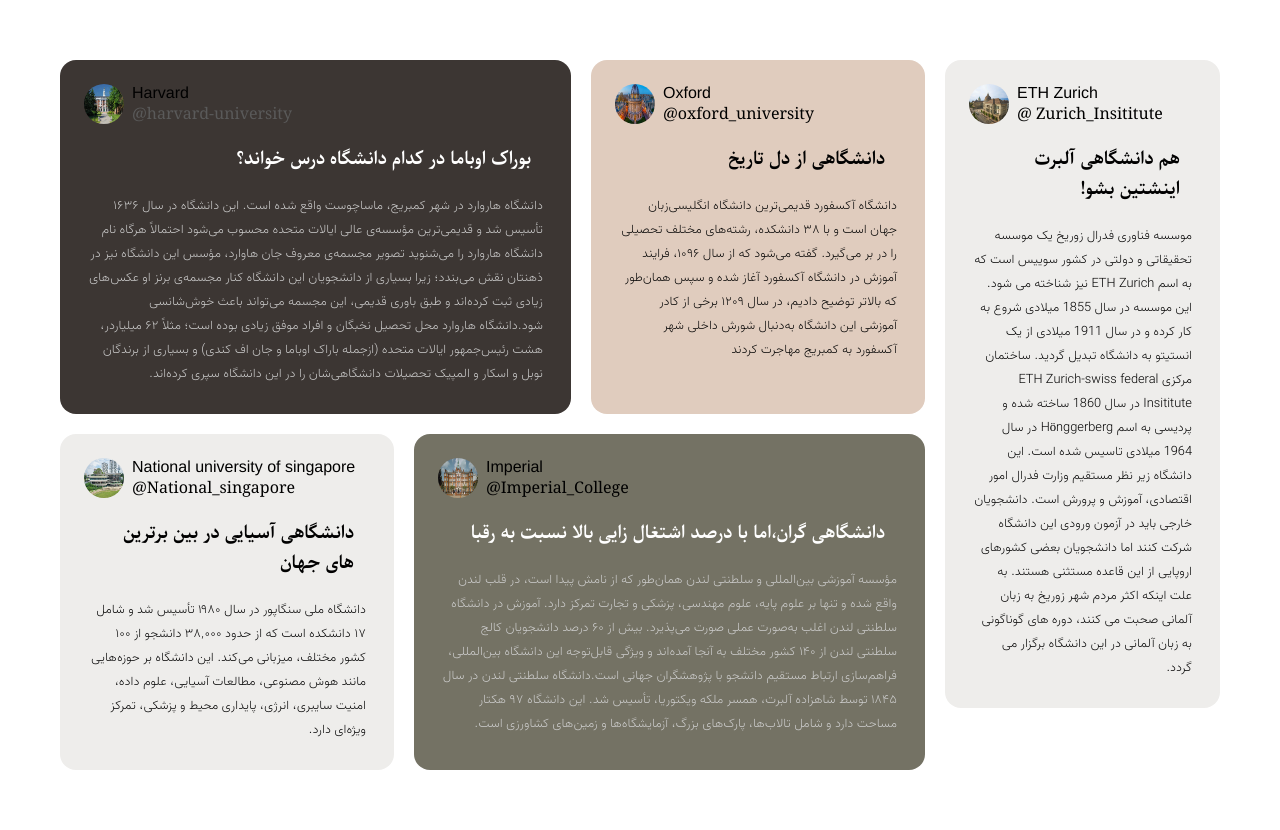
Repository: rahanwz/cards
Page: cards.html
These files come from the project's save history. The page is drawn as it stood at one moment and after the next save; the edit follows.
The browser window is 1280 px wide. The pictures show the whole page.

Above is the page before, as saved 2024-02-17 17:00:14.

### cards.html
<!DOCTYPE html>
<html lang="en">
  <head>
    <meta charset="UTF-8" />
    <meta name="viewport" content="width=device-width, initial-scale=1.0" />
    <title>Document</title>
    <link rel="stylesheet" href="cards.css" />
  </head>
  <body>
    <div class="container">
      <div class="boxcard1">
        <div class="cardcontainer big-card">
          <div class="card1">
            <div class="head">
              <div class="profile">
                <div class="profilecontaner">
                  <img
                    src="harvard-university-6591e0b9df73096be8d614ee.webp"
                    alt=""
                  />
                </div>
              </div>

              <div>
                <div class="user">Harvard</div>
                <div class="id" style="  color: #5a5a5a;">@harvard-university</div>
              </div>
            </div>
            <div class="descrip1" style="color: #ffffff;">بوراک اوباما در کدام دانشگاه درس خواند؟</div>
            <div class="descrip2" style=" color: #d0d0d0;">
              دانشگاه هاروارد در شهر کمبریج، ماساچوست واقع شده است. این دانشگاه
              در سال ۱۶۳۶ تأسیس شد و قدیمی‌ترین مؤسسه‌ی عالی ایالات متحده محسوب
              می‌شود احتمالاً هرگاه نام دانشگاه هاروارد را می‌شنوید تصویر
              مجسمه‌ی معروف جان هاوارد، مؤسس این دانشگاه نیز در ذهنتان نقش
              می‌بندد؛ زیرا بسیاری از دانشجویان این دانشگاه کنار مجسمه‌ی برنز او
              عکس‌های زیادی ثبت کرده‌اند و طبق باوری قدیمی، این مجسمه می‌تواند
              باعث خوش‌شانسی شود.دانشگاه هاروارد محل تحصیل نخبگان و افراد موفق
              زیادی بوده است؛ مثلاً ۶۲ میلیاردر، هشت‌ رئیس‌جمهور ایالات متحده
              (ازجمله باراک اوباما و جان اف کندی) و بسیاری از برندگان نوبل و
              اسکار و المپیک تحصیلات دانشگاهی‌شان را در این دانشگاه سپری
              کرده‌اند.
            </div>
          </div>
        </div>

        <div class="cardcontainer small-card">
          <div class="card2">
            <div class="head">
              <div class="profile">
                <div class="profilecontaner">
                  <img
                    src="oxford-university-jpg-6591b422df73096be8d6145c.webp"
                    alt=""
                  />
                </div>
              </div>
              <div>
                <div class="user">Oxford</div>
                <div class="id">@oxford_university</div>
              </div>
            </div>
            <div class="descrip1">دانشگاهی از دل تاریخ</div>
            <div class="descrip2">
              دانشگاه آکسفورد قدیمی‌ترین دانشگاه انگلیسی‌زبان جهان است و با ۳۸
              دانشکده، رشته‌های مختلف تحصیلی را در بر می‌گیرد. گفته می‌شود که از
              سال ۱۰۹۶، فرایند آموزش در دانشگاه آکسفورد آغاز شده و سپس همان‌طور
              که بالاتر توضیح دادیم، در سال ۱۲۰۹ برخی از کادر آموزشی این دانشگاه
              به‌دنبال شورش داخلی شهر آکسفورد به کمبریج مهاجرت کردند
            </div>
          </div>
        </div>

        <div class="cardcontainer small-card">
          <div class="card3">
            <div class="head">
              <div class="profile">
                <div class="profilecontaner">
                  <img src="nus-6591f1acdf73096be8d61515.webp" alt="" />
                </div>
              </div>

              <div>
                <div class="user">National university of singapore</div>
                <div class="id">@National_singapore</div>
              </div>
            </div>
            <div class="descrip1">دانشگاهی آسیایی در بین برترین های جهان</div>
            <div class="descrip2">
              دانشگاه ملی سنگاپور در سال ۱۹۸۰ تأسیس شد و شامل ۱۷ دانشکده‌ است که
              از حدود ۳۸٬۰۰۰ دانشجو از ۱۰۰ کشور مختلف، میزبانی می‌کند. این
              دانشگاه بر حوزه‌هایی مانند هوش مصنوعی، مطالعات آسیایی، علوم داده،
              امنیت سایبری، انرژی، پایداری محیط و پزشکی، تمرکز ویژه‌ای دارد.
            </div>
          </div>
        </div>
        <div class="cardcontainer big-card">
          <div class="card4">
            <div class="head">
              <div class="profile">
                <div class="profilecontaner">
                  <img
                    src="imperial-college-london-6591e911df73096be8d614fb.webp"
                    alt=""
                  />
                </div>
              </div>

              <div>
                <div class="user">Imperial</div>
                <div class="id">@Imperial_College</div>
              </div>
            </div>
            <div class="descrip1" style="color: #ffffff;">
              دانشگاهی گران،اما با درصد اشتغال زایی بالا نسبت به رقبا
            </div>
            <div class="descrip2" style="color: #cfcfcf;">
              مؤسسه آموزشی بین‌المللی و سلطنتی لندن همان‌طور که از نامش پیدا
              است، در قلب لندن واقع شده و تنها بر علوم پایه، علوم مهندسی، پزشکی
              و تجارت تمرکز دارد. آموزش در دانشگاه سلطنتی لندن اغلب به‌صورت عملی
              صورت می‌پذیرد. بیش از ۶۰ درصد دانشجویان کالج سلطنتی لندن از ۱۴۰
              کشور مختلف به آنجا آمده‌اند و ویژگی قابل‌توجه این دانشگاه
              بین‌المللی، فراهم‌سازی ارتباط مستقیم دانشجو با پژوهشگران جهانی
              است.دانشگاه سلطنتی لندن در سال ۱۸۴۵ توسط شاهزاده آلبرت، همسر ملکه
              ویکتوریا، تأسیس شد. این دانشگاه ۹۷ هکتار مساحت دارد و شامل
              تالاب‌ها، پارک‌های بزرگ، آزمایشگاه‌ها و زمین‌های کشاورزی است.
            </div>
          </div>
        </div>
      </div>
      <div class="boxcard2">
        <div class="cardcontainer">
          <div class="card5">
            <div class="head">
              <div class="profile">
                <div class="profilecontaner">
                  <img src="zurich-eth-6591f083df73096be8d6150c.webp" alt="" />
                </div>
              </div>

              <div>
                <div class="user">ETH Zurich</div>
                <div class="id">@ Zurich_Insititute</div>
              </div>
            </div>
            <div class="descrip1">هم دانشگاهی آلبرت اینشتین بشو!</div>
            <div class="descrip2">
              موسسه فناوری فدرال زوریخ یک موسسه تحقیقاتی و دولتی در کشور سوییس
              است که به اسم ETH Zurich نیز شناخته می شود. این موسسه در سال 1855
              میلادی شروع به کار کرده و در سال 1911 میلادی از یک انستیتو به
              دانشگاه تبدیل گردید. ساختمان مرکزی ETH Zurich-swiss federal
              Insititute در سال 1860 ساخته شده و پردیسی به اسم Hönggerberg در
              سال 1964 میلادی تاسیس شده است. این دانشگاه زیر نظر مستقیم وزارت
              فدرال امور اقتصادی، آموزش و پرورش است. دانشجویان خارجی باید در
              آزمون ورودی این دانشگاه شرکت کنند اما دانشجویان بعضی کشورهای
              اروپایی از این قاعده مستثنی هستند. به علت اینکه اکثر مردم شهر
              زوریخ به زبان آلمانی صحبت می کنند، دوره های گوناگونی به زبان
              آلمانی در این دانشگاه برگزار می گردد.
            </div>
          </div>
        </div>
      </div>
    </div>
  </body>
</html>

### cards.css
* {
  padding: 0;
  margin: 0;
  box-sizing: border-box;
}

.container {
  display: flex;
  flex-direction: column;
  width: 100%;
  height: auto;
  padding: 3rem 2.5rem;
}

.head {
  display: flex;
}

.cardcontainer {
  width: 100%;
  padding: 10px;
}

.card1 {
  background-color: #3c3633;
  padding: 1.5rem;
  border-radius: 1rem;
}
.profile img {
  width: 40px;
  height: 40px;
  margin-right: 0.5rem;
  border-radius: 50%;
}

.descrip {
  padding-top: 1.5rem;
}

.card2 {
  background-color: #e0ccbe;
  padding: 1.5rem;
  border-radius: 1rem;
}
.card3 {
  background-color: #eeedeb;
  padding: 1.5rem;
  border-radius: 1rem;
}
.card4 {
  padding: 1.5rem;
  border-radius: 1rem;
  background-color: #747264;
}

.card5 {
  background-color: #eeedeb;
  padding: 1.5rem;
  border-radius: 1rem;
}

@media (min-width: 1024px) {
  .container {
    flex-direction: row;
    padding: 50px;
    height: 100%;
  }

  .boxcard1 {
    display: flex;
    width: 75%;
    height:20%;
    flex-wrap: wrap;

  }

  .boxcard2 {
    width: 25%;
     height: 65%;
  }

  .big-card {
    width:60%;
  }
  .small-card {
    width:40%;
  }
  .card1,.card2,.card3,.card4,.card5{
    height: 100%;
  }

.descrip1,
.descrip2 {
  direction: rtl;
}

.descrip1{
 font-size: 1.1rem;
 padding: 1rem;
 font-family: titr;
}

.descrip2{
  padding: .25rem;
  font-size:.80rem;
  line-height:1.5rem;
  font-family:des;
}
.user{
  font-family: 'Franklin Gothic Medium', 'Arial Narrow', Arial, sans-serif;

}
.id{
   font-family:Cambria, Cochin, Georgia, Times, 'Times New Roman', serif;

}

}


@font-face{
  font-family:titr;
  src: url(font/Parastoo-Bold-FD-WOL.woff);
}



@font-face{
  font-family:des;
  src: url(font/Vazir-Thin.woff2);
}

After the next save:
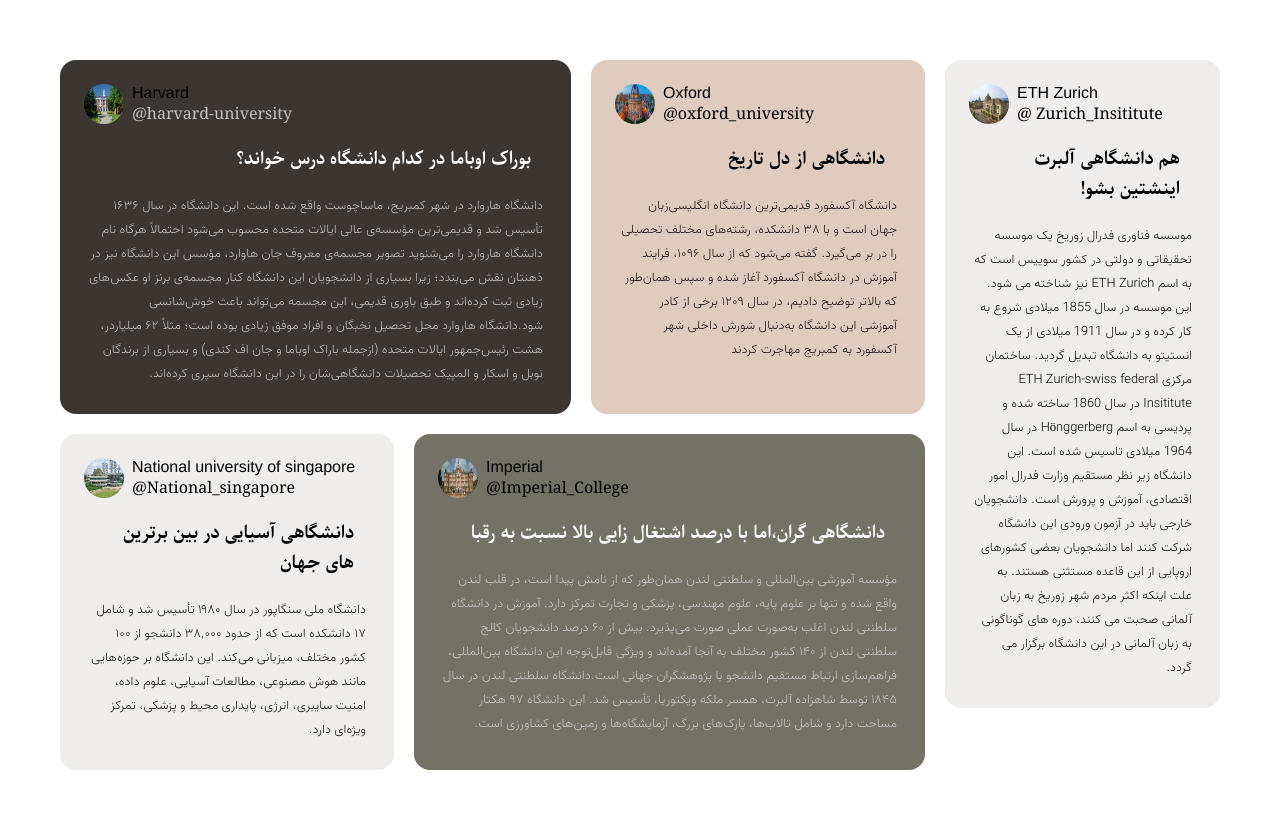
Saved 5 s later.
--- a/cards.html
+++ b/cards.html
@@ -23,7 +23,7 @@
 
               <div>
                 <div class="user">Harvard</div>
-                <div class="id" style="  color: #5a5a5a;">@harvard-university</div>
+                <div class="id" style="  color: #c2c2c2;">@harvard-university</div>
               </div>
             </div>
             <div class="descrip1" style="color: #ffffff;">بوراک اوباما در کدام دانشگاه درس خواند؟</div>
